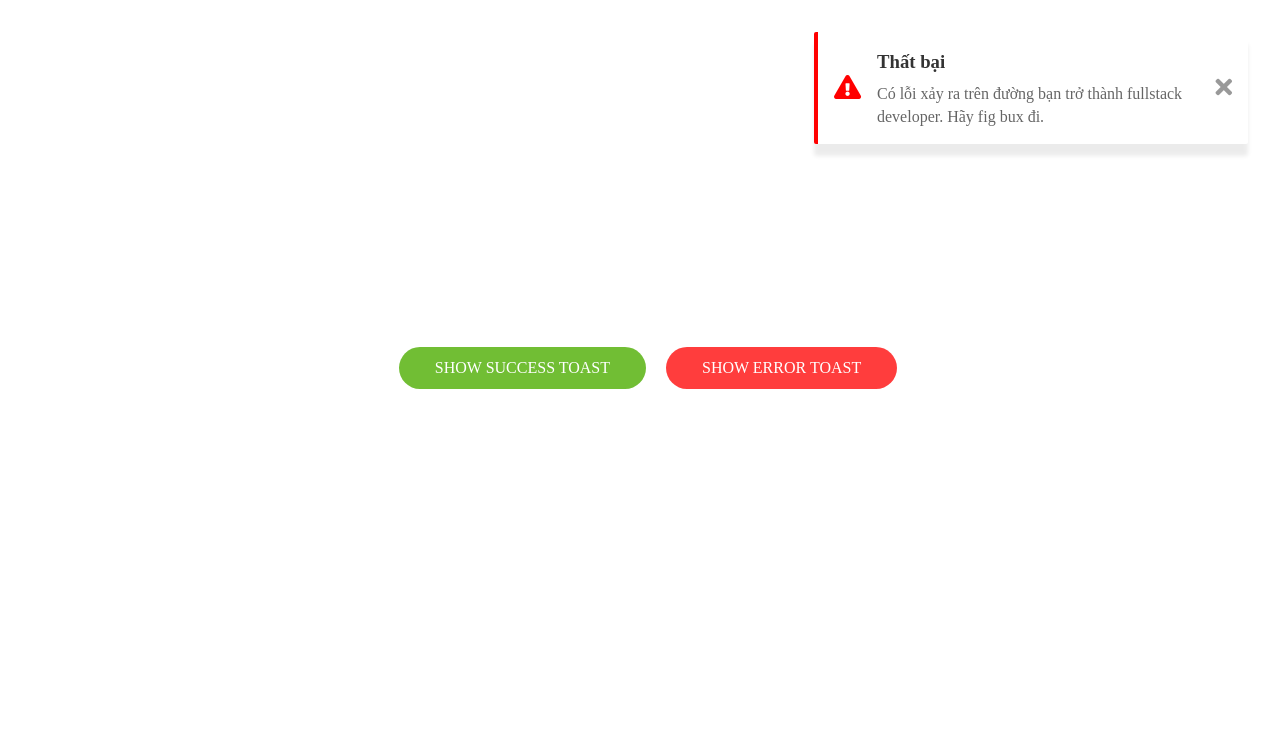
Repository: Hoquoctrung/github-anh-Trung-hihi
Page: Lesson-2/index.html
These files come from the project's save history. The page is drawn as it stood at one moment and after the next save; the edit follows.
The browser window is 1280 px wide. The page is 1288 px wide, so the pictures cover 1288 px, including what lies to the right of the window. The pictures show the whole page.
After loading, the first visible `div.btn--error` was clicked once.

Above is the page before, as saved 2021-08-21 21:48:19.

### Lesson-2/index.html
<!DOCTYPE html>
<html lang="en">
<head>
    <meta charset="UTF-8">
    <meta http-equiv="X-UA-Compatible" content="IE=edge">
    <meta name="viewport" content="width=device-width, initial-scale=1.0">
    <title>BEM Practice</title>
    <link rel="stylesheet" href="style.css">
    <link rel="stylesheet" href="https://cdnjs.cloudflare.com/ajax/libs/font-awesome/5.15.4/css/all.min.css" integrity="sha512-1ycn6IcaQQ40/MKBW2W4Rhis/DbILU74C1vSrLJxCq57o941Ym01SwNsOMqvEBFlcgUa6xLiPY/NS5R+E6ztJQ==" crossorigin="anonymous" referrerpolicy="no-referrer" />
</head>
<body>
    <div id="toast"></div>

    <div id="btn">
            <div onclick="ShowSuccessToast()" class="btn btn--succeed"> SHOW SUCCESS TOAST</div>
            <div onclick="ShowErrorToast()" class="btn btn--error"> SHOW ERROR TOAST</div>
    </div>

    <script>
        // Toast function
        function toast({
            title = '',
            message = '',
            type = 'info',
            duration = 3000,
        }) {
            const main = document.getElementById('toast');
            const delay = (duration / 1000).toFixed(2);
            if (main) {
                const toast = document.createElement('div');
                const icons = {
                    success:'fas fa-check-circle',
                    info:'fas fa-info-circle',
                    warning:'fas fa-exclamation-triangle',
                    error:'fas fa-exclamation-triangle'
                };
                const icon = icons[type];

                toast.classList.add('toast',`toast--${type}`);
                toast.style.animation = `slideInLeft ease .${delay}s, fadeOut ease 1s 3s forwards`;

                toast.innerHTML = `
                    <div class="toast__icon">
                        <i class="${icon}"></i>
                    </div>
                    <div class="toast__body">
                        <h3 class="toast__title">${title}</h3>
                        <p class="toast__msg">${message}</p>
                    </div>
                    <div class="toast__close">
                        <i class="fa fa-times" ></i>
                    </div>
                `;
                main.appendChild(toast);
            }
        }
        function ShowSuccessToast() {
            toast({
                title: 'Thành công',
                message: 'Chúc mừng bạn đã thành công trở thành một fullstack developer.',
                type: 'success',
                duration: 1000,
            });
        };

        function ShowErrorToast() {
            toast({
                title: 'Thất bại',
                message: 'Có lỗi xảy ra trên đường bạn trở thành fullstack developer. Hãy fig bux đi.',
                type: 'error',
                duration: 3000,
            });
        }
    </script>
</body>
</html>

### Lesson-2/style.css
body {
    display: flex;
    justify-content: center;
    align-items: center;
    height: 100vh;
    width: 100%;
}

.btn {
    display: inline-block;
    text-decoration: none;
    outline: none;
    border: none;
    background-color: transparent;
    color:#fff;
    padding: 12px 36px;
    border-radius: 50px;
    cursor: pointer;
}

.btn:hover {
    opacity: 0.8;
}

.btn--succeed {
    background-color: #71be34;
}

.btn--error {
    background-color: #ff3d3d;
}

.btn + .btn {
    margin-left: 16px;
}

#btn {
    margin: 20px;
}

#toast {
    position: fixed;
    top: 32px;
    right: 32px;
}


.toast {
    display: flex;
    align-items: center;
    background-color: #fff;
    box-shadow: 0 12px 4px rgba(0,0,0,0.08);
    border-left: 4px solid;
    border-radius: 2px;
    min-width: 380px;
    max-width: 430px;
}

@keyframes slideInLeft {
    from {
        transform: translateX(calc(100% + 32px));
        opacity: 0;
    }

    to {
        transform: translateX(0);
        opacity: 1;
    }
}

@keyframes fadeOut {
to {
        opacity: 0;
    }
}

.toast + .toast {
    margin-top: 24px;
}

.toast__icon {
    font-size: 24px;
}

.toast__icon,
.toast__close {
    padding: 0 16px;
}

.toast__body {
    flex-grow: 1;
}

.toast--success {
    border-color: rgb(69, 223, 22);
}

.toast--success .toast__icon {
    color: rgb(69, 223, 22);
}

.toast--info {
    border-color: rgb(23, 70, 226);
}

.toast--info .toast__icon {
    color: rgb(23, 70, 226);
}

.toast--warning {
    border-color: #ffc021;
}

.toast--warning .toast__icon {
    color: #ffc021
}

.toast--error {
    border-color: rgb(255, 0, 0);
}

.toast--error .toast__icon {
    color: rgb(255, 0, 0);
}

.toast__title {
    color: #333;
}

.toast__msg {
    margin-top: -8px;
    opacity: 0.6;
    line-height: 1.4;
}

.toast__close {
    font-size: 24px;
    color: rgba(0,0,0,0.4);
    cursor: pointer;
}

.toast__close:hover {
    opacity: 0.7;
}

After the next save:
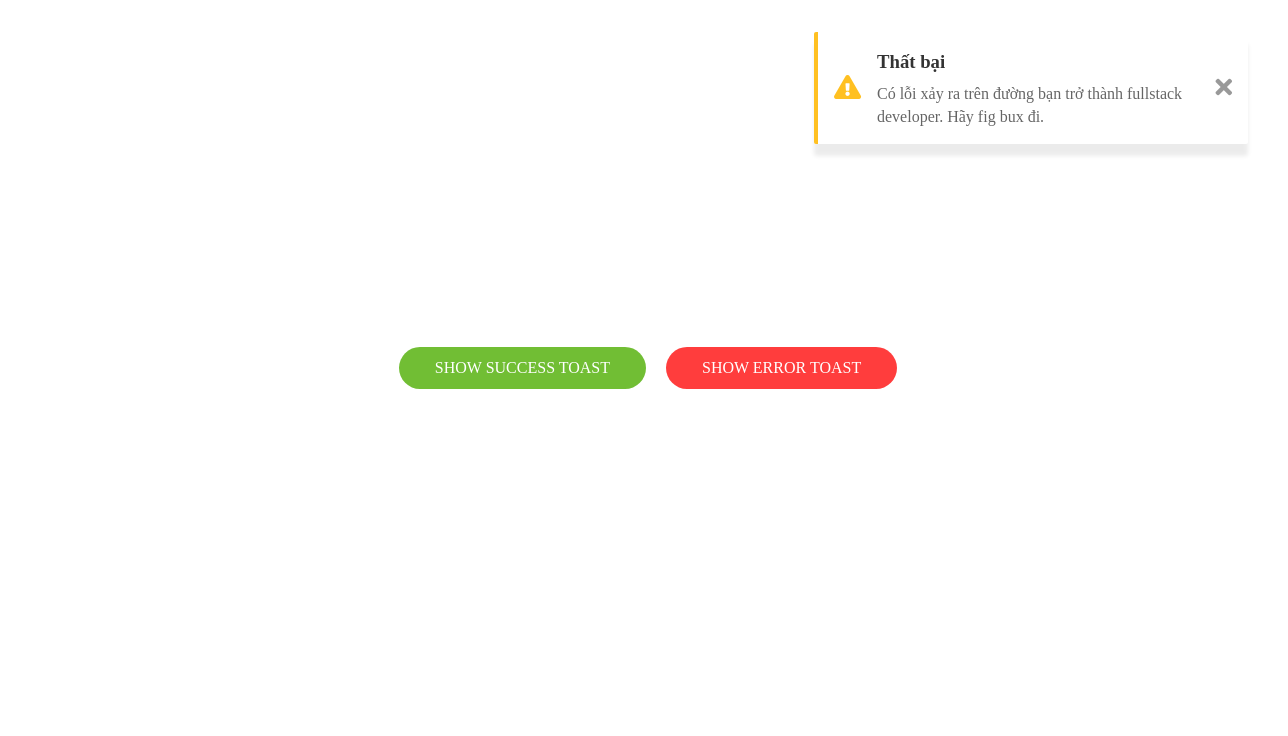
Saved 93 s later.
--- a/Lesson-2/index.html
+++ b/Lesson-2/index.html
@@ -67,7 +67,7 @@
             toast({
                 title: 'Thất bại',
                 message: 'Có lỗi xảy ra trên đường bạn trở thành fullstack developer. Hãy fig bux đi.',
-                type: 'error',
+                type: 'warning',
                 duration: 3000,
             });
         }

After the 2 saves that followed:
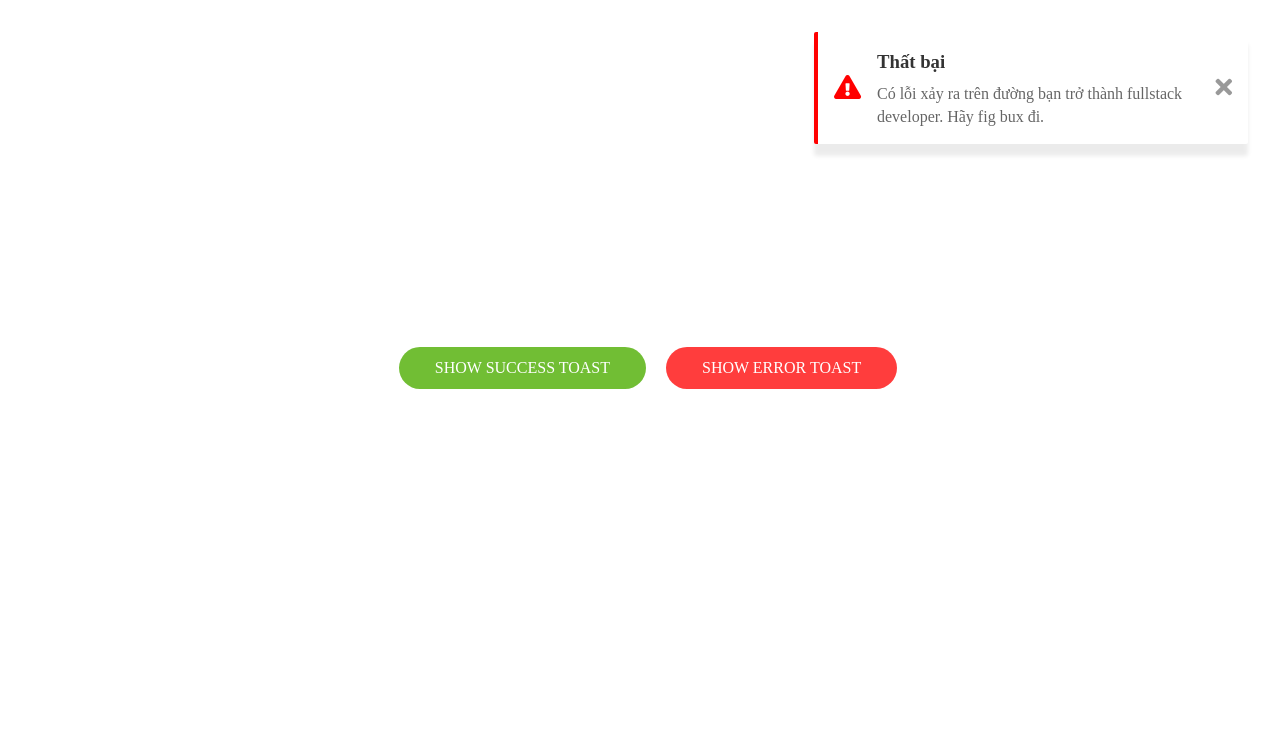
The 2 saves are shown as one change because 1 left the picture as it was.
The last was saved 108 s later.
--- a/Lesson-2/index.html
+++ b/Lesson-2/index.html
@@ -37,7 +37,7 @@
                 const icon = icons[type];
 
                 toast.classList.add('toast',`toast--${type}`);
-                toast.style.animation = `slideInLeft ease .${delay}s, fadeOut ease 1s 3s forwards`;
+                toast.style.animation = `slideInLeft ease .3s, fadeOut ease 1s ${delay}s forwards`;
 
                 toast.innerHTML = `
                     <div class="toast__icon">
@@ -67,7 +67,7 @@
             toast({
                 title: 'Thất bại',
                 message: 'Có lỗi xảy ra trên đường bạn trở thành fullstack developer. Hãy fig bux đi.',
-                type: 'warning',
+                type: 'error',
                 duration: 3000,
             });
         }
